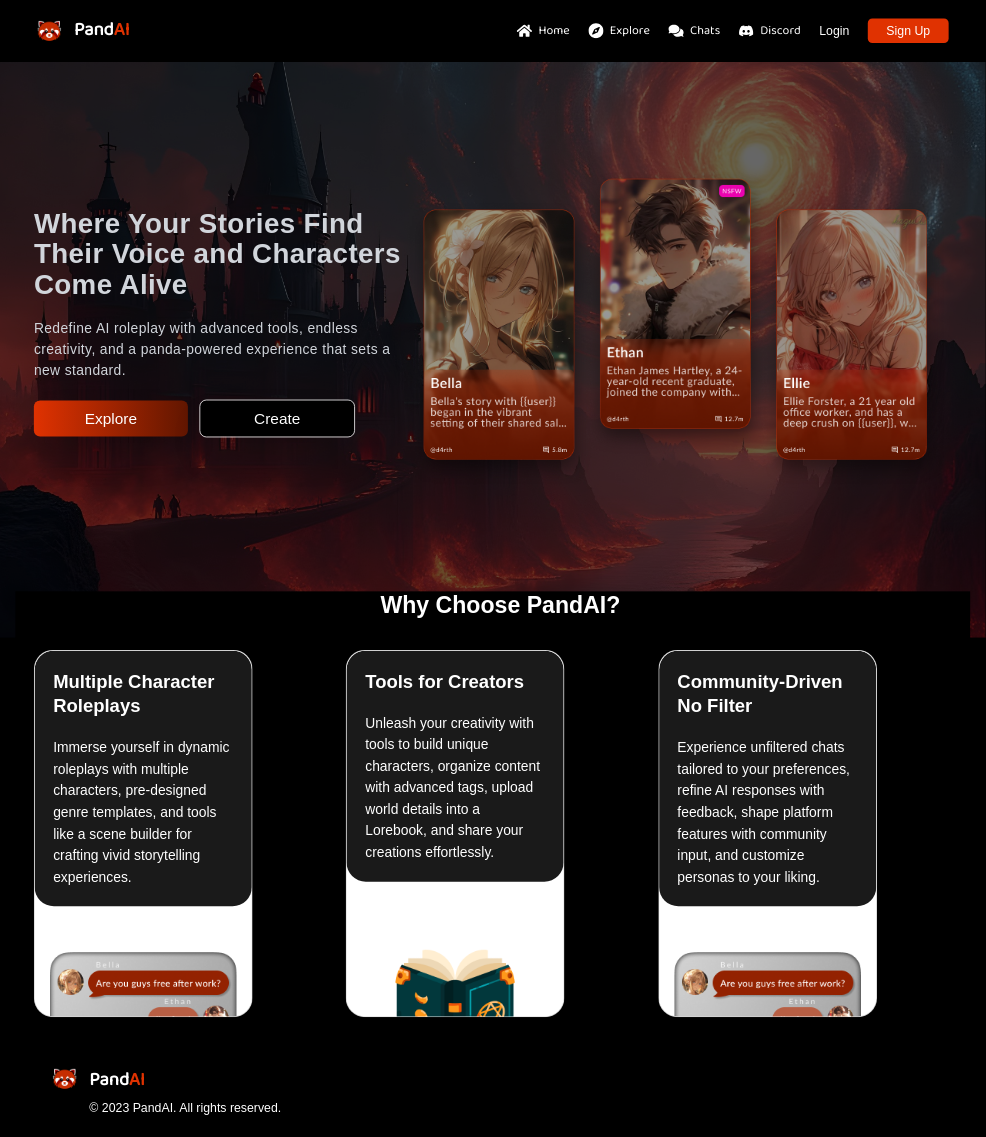
Repository: PandamoniumAI/Pandamonium
Page: /preview
These files come from the project's save history. The page is drawn as it stood at one moment and after a run of saves; the edit follows.
The browser window is 1280 px wide. The pictures show the whole page, at 77% of full size.
Some web libraries are served in a nearby version. The project was rebuilt for these pictures with package versions that can differ from the ones it lists, and the page was loaded fresh each time. Also part of the build but not shown: vite.config.js, src/Utils/Utils.js, src/Components/SearchBar/SearchBar.jsx, src/Components/CSS/CharacterCard.css, src/Components/CharacterCard/CharacterCard.jsx, src/Components/CSS/CharacterCardModal.css, src/Components/CharacterCardModal/CharacterCardModal.jsx, src/Components/CSS/Tags.css and 15 more.

Above is the page before, as saved 2025-01-01 21:26:25.

### index.html
<!doctype html>
<html lang="en">
  <head>
    <meta charset="UTF-8" />
    <link rel="icon" type="image/svg+xml" href="/src/assets/animal.png"/>
    <meta name="viewport" content="width=device-width, initial-scale=1.0" />
    <title>Pandamonium</title>
    <link
      href="https://cdn.jsdelivr.net/npm/bootstrap@5.3.0-alpha1/dist/css/bootstrap.min.css"
      rel="stylesheet"
    />
    <link
      href="https://cdn.jsdelivr.net/npm/bootstrap-icons/font/bootstrap-icons.css"
      rel="stylesheet"
    />
    <link
      href="https://cdnjs.cloudflare.com/ajax/libs/animate.css/4.1.1/animate.min.css"
      rel="stylesheet"
    />
  </head>

  <body>
    <div id="root"></div>
    <script src="https://kit.fontawesome.com/68b5244ee4.js" crossorigin="anonymous"></script>
    <script src="https://cdn.jsdelivr.net/npm/react/umd/react.production.min.js"></script>
    <script src="https://cdn.jsdelivr.net/npm/react-dom/umd/react-dom.production.min.js"></script>
    <script type="module" src="/src/main.jsx"></script>
    <script src="https://cdn.jsdelivr.net/npm/bootstrap@5.3.0-alpha1/dist/js/bootstrap.bundle.min.js"></script>
  </body>
</html>

### src/App.jsx
import HomePage from "./Components/HomePage/HomePage.jsx";
import Chat from "./Components/Chat/Chat.jsx";
import Create from "./Components/Create/Create.jsx";
import Error from "./Components/Error/Error.jsx";
import { BrowserRouter as Router, Routes, Route } from "react-router-dom";
import Preview from "../src/Preview/Preview.jsx";
function App() {
  return (
    <Router>
      <Routes>
        <Route path="/" element={<HomePage />} />
        <Route path="/chat/:characterId" element={<Chat />} />
        <Route path="/create" element={<Create />} />
        <Route path="*" element={<Error />} />
        <Route path="/preview" element={<Preview />} />
      </Routes>
    </Router>
  );
}

export default App;

### src/Preview/Preview.jsx
import React from "react";
import Animal from "../assets/animal.png";
import "./Preview.css";
import "tailwindcss/tailwind.css";
import {FaHome, FaCompass, FaComments, FaDiscord} from "react-icons/fa";
import image from "../assets/image.png";
import Chatcard from "../assets/Chat Card.png";
import Book from "../assets/Magical Book World Illustration 1.png";
import Roleplay from "../assets/Chat Card (1).png";

export default function Preview() {
  const handleCardHover = (event, element) => {
    const rect = element.getBoundingClientRect();
    const x = (event.clientX - rect.left) / rect.width - 0.5; // Normalize between -0.5 to 0.5
    const y = (event.clientY - rect.top) / rect.height - 0.5;

    element.style.transform = `rotateX(${y * 10}deg) rotateY(${x * 10}deg) scale(1.05)`;
  };

  return (
    <div className="main">
      <div className="fixed top-0 left-0 w-full bg-black bg-opacity-40 p-4 z-50">
        <div className="flex justify-between items-center w-full max-w-screen-xl mx-auto px-4">
          <div
            className="flex items-center space-x-4 cursor-pointer"
            onClick={() => window.scrollTo({top: 0, behavior: "smooth"})}
          >
            <img className="w-8 h-8" src={Animal} alt="Logo" />
            <h1 className="text-2xl font-bold font-baloo text-white">
              Pand<span className="text-[#E03201]">AI</span>
            </h1>
          </div>

          <div className="flex items-center space-x-6">
            <button className="flex items-center text-white font-baloo hover:text-[#E03201] transition">
              <FaHome className="mr-2 text-xl" />
              Home
            </button>
            <button className="flex items-center text-white font-baloo hover:text-[#E03201] transition">
              <FaCompass className="mr-2 text-xl" />
              Explore
            </button>
            <button className="flex items-center text-white font-baloo hover:text-[#E03201] transition">
              <FaComments className="mr-2 text-xl" />
              Chats
            </button>
            <button className="flex items-center text-white font-baloo hover:text-[#E03201] transition">
              <FaDiscord className="mr-2 text-xl" />
              Discord
            </button>
            <button className="text-white hover:text-[#E03201] transition">
              Login
            </button>
            <button className="bg-[#E03201] text-white px-4 py-1 rounded-md hover:bg-[#b02501] transition">
              Sign Up
            </button>
          </div>
        </div>
      </div>

      <div className="preview-container relative p-6">
        <div className="Preview-text mt-[50px] absolute top-[200px]">
          <p className="text-4xl text-gray-300 font-bold mb-6 tracking-[0.5px] w-[500px]">
            Where Your Stories Find Their Voice and Characters Come Alive
          </p>
          <p className="text-[18px] text-gray-300 leading-[27px] tracking-[0.5px] w-[500px] mb-8">
            Redefine AI roleplay with advanced tools, endless creativity, and a
            panda-powered experience that sets a new standard.
          </p>
        </div>

        <div className="Buttons absolute top-[500px] flex space-x-4 mb-8">
          <button className="text-white text-xl h-[47px] w-[200px] rounded-lg shadow-2xl bg-gradient-to-r from-[#E03201] to-[#611600] transform hover:scale-105 transition-all duration-300 ease-in-out hover:shadow-orange-500/50 hover:shadow-lg">
            <span className="relative z-10">Explore</span>
          </button>
          <button
            className="create bg-black text-white text-xl h-[47px] w-[200px] rounded-lg shadow-2xl outline outline-1 hover:outline-none transition-all duration-300 ease-in-out transform hover:scale-105 hover:shadow-[#B22801]/50 hover:shadow-lg relative overflow-hidden group"
            style={{
              outlineImage:
                "linear-gradient(to right, #FFCBBB, #D07A5A, #A8382D, #611600)",
              outlineImageSlice: 1,
            }}
          >
            <span className="relative z-10">Create</span>
            <span className="absolute inset-0 bg-yellow-500 transform scale-x-0 group-hover:scale-x-100 transition-transform duration-300 origin-left"></span>
          </button>
        </div>

        <div className="absolute right-[30px] top-[200px]">
          <img src={image} alt="" />
        </div>
      </div>

      <div className="info px-6 relative bg-black" style={{ top: "700px" }}>
        <div className="infotext mb-8 text-white">
          <h1 className="text-3xl font-bold text-white ml-[450px]">
            Why Choose PandAI?
          </h1>

          <div className="cards grid grid-cols-1 md:grid-cols-3 gap-6 mt-10">
            {[
              "Multiple Character Roleplays",
              "Tools for Creators",
              "Community-Driven No Filter",
            ].map((title, index) => (
              <div
                key={index}
                className="card relative flex flex-col justify-between w-[284px] h-[477px] rounded-[25px] overflow-hidden"
                onMouseMove={(e) => handleCardHover(e, e.currentTarget)}
              >
                <div
                  className="absolute inset-0 -z-10 rounded-[25px]"
                  style={{
                    background:
                      "linear-gradient(135deg, #BF18C2, #6B1C8F, #1D0375)",
                    position: "absolute",
                    top: 0,
                    left: 0,
                    right: 0,
                    bottom: 0,
                    borderRadius: "25px",
                    padding: "2px",
                  }}
                />
                <div className="content p-6 bg-[#1A1A1A] flex flex-col justify-between h-full rounded-[25px]">
                  <h2 className="text-2xl font-semibold mb-4 text-white">
                    {title}
                  </h2>
                  <p className="text-lg text-white">
                    {index === 0
                      ? "Immerse yourself in dynamic roleplays with multiple characters, pre-designed genre templates, and tools like a scene builder for crafting vivid storytelling experiences."
                      : index === 1
                        ? "Unleash your creativity with tools to build unique characters, organize content with advanced tags, upload world details into a Lorebook, and share your creations effortlessly."
                        : "Experience unfiltered chats tailored to your preferences, refine AI responses with feedback, shape platform features with community input, and customize personas to your liking."}
                  </p>
                </div>
                <div className="image-container mt-4">
                  {index === 0 ? (
                    <img
                      src={Chatcard}
                      alt="Roleplay"
                      className="w-full rounded-[25px]"
                    />
                  ) : index === 1 ? (
                    <img
                      src={Book}
                      alt="Creator Tools"
                      className="w-full rounded-[25px]"
                    />
                  ) : (
                    <img
                      src={Roleplay}
                      alt="Community"
                      className="w-full rounded-[25px]"
                    />
                  )}
                </div>
              </div>
            ))}
          </div>

          <div className="Footer bg-black py-6 flex items-center pl-6 mt-10">
            <img className="w-8 h-8 mr-4 mb-[35px]"  src={Animal} alt="Logo" />
            <div className="flex flex-col">
              <h1 className="text-2xl font-bold font-baloo text-white">
                Pand<span className="text-[#E03201]">AI</span>
              </h1>
              <p className="text-white mt-2">
                © 2023 PandAI. All rights reserved.
              </p>

            </div>
            <div className="Quicklinks">

            </div>
          </div>
        </div>
      </div>
    </div>
  );
}

### src/Components/Chat/ExtraCss.css
/* ExtraCss.css */

/* General Styles */
body {
    margin: 0;
    padding: 0;
    font-family: Arial, sans-serif;
    background-color: #121212;
    color: #ffffff;
  }

  /* Chat Container */
  .d-flex {
    display: flex;
  }

  .flex-column {
    flex-direction: column;
  }

  .h-100 {
    height: 100%;
  }

  .bg-dark {
    background-color: #181818;
  }

  .text-white {
    color: #ffffff;
  }

  .border-secondary {
    border-color: #444;
  }

  .border-top {
    border-top: 1px solid;
  }

  .border-bottom {
    border-bottom: 1px solid;
  }

  .overflow-hidden {
    overflow: hidden;
  }

  .overflow-auto {
    overflow: auto;
  }

  /* Chat Header */
  .p-3 {
    padding: 1rem;
  }

  .align-items-center {
    align-items: center;
  }

  .space-x-4 > * + * {
    margin-left: 1rem;
  }

  /* Avatar */
  img.rounded-circle {
    border-radius: 50%;
    cursor: pointer;
  }

  /* Message Bubbles */
  .bg-secondary {
    background-color: #2a2a2a;
  }

  .p-3 {
    padding: 1rem;
  }

  .rounded-lg {
    border-radius: 1rem;
  }

  .shadow-lg {
    box-shadow: 0px 4px 10px rgba(0, 0, 0, 0.2);
  }

  .text-muted {
    color: #aaaaaa;
  }

  /* Input Field */
  input {
    outline: none;
  }

  input::placeholder {
    color: #aaaaaa;
  }

  .border-0 {
    border: none;
  }

  .flex-grow-1 {
    flex-grow: 1;
  }

  .shadow-lg {
    box-shadow: 0px 4px 10px rgba(0, 0, 0, 0.2);
  }

  /* Buttons */
  button {
    cursor: pointer;
  }

  button:disabled {
    opacity: 0.6;
    cursor: not-allowed;
  }

  .btn {
    display: inline-flex;
    justify-content: center;
    align-items: center;
    padding: 0.5rem;
    border: none;
    border-radius: 0.5rem;
    transition: background-color 0.3s ease, transform 0.2s ease;
  }

  .btn:hover:not(:disabled) {
    background-color: #555;
    transform: translateY(-2px);
  }

  .btn-light {
    background-color: #444;
    color: #fff;
  }

  .btn-primary {
    background-color: #007bff;
    color: #fff;
  }

  .btn-primary:hover:not(:disabled) {
    background-color: #0056b3;
  }

  /* Typing Animation */
  .animate-pulse {
    animation: pulse 1.5s infinite;
  }

  @keyframes pulse {
    0%, 100% {
      opacity: 1;
    }
    50% {
      opacity: 0.5;
    }
  }

  /* Smooth Fade-In */
  @keyframes fadeIn {
    from {
      opacity: 0;
      transform: translateY(10px);
    }
    to {
      opacity: 1;
      transform: translateY(0);
    }
  }

  /* Scrollbar Styles */
  .overflow-auto::-webkit-scrollbar {
    width: 6px;
  }

  .overflow-auto::-webkit-scrollbar-thumb {
    background-color: #444;
    border-radius: 10px;
  }

  .overflow-auto::-webkit-scrollbar-track {
    background-color: transparent;
  }

  .ReactModal__Overlay {
    opacity: 0;
    transition: opacity 0.3s ease-in-out;
  }
  .ReactModal__Overlay--after-open {
    opacity: 1;
  }
  .ReactModal__Overlay--before-close {
    opacity: 0;
  }

### src/Components/CSS/Create.css
body {
    background-color: #121212;
    color: #fff;
    min-height: 100vh;
    padding: 20px;
    font-family: 'Arial', sans-serif;
}
.creation-form {
    max-width: 800px;
    margin: 0 auto;
    background-color: rgba(0, 0, 0, 0.8);
    padding: 30px;
    border-radius: 15px;
    border: 1px solid #444;
    transition: all 0.3s ease;
}
.creation-form:hover {
    transform: scale(1.03);
    box-shadow: 0 10px 30px rgba(0, 0, 0, 0.5);
}
.form-control {
    background-color: #333;
    border: 1px solid #555;
    color: #fff;
    margin-bottom: 20px;
    transition: all 0.3s ease;
}
.form-control:focus {
    background-color: #444;
    border-color: #007bff;
    color: #fff;
}
.form-label {
    font-weight: bold;
}
.btn {
    background-color: #007bff;
    color: #fff;
    transition: all 0.3s ease;
}
.btn:hover {
    background-color: #0056b3;
}
.select2-container {
    width: 100%;
}
.custom-tag-field {
    margin-top: 20px;
}
.custom-tag-field input {
    width: calc(100% - 60px);
    display: inline-block;
    margin-right: 10px;
}
.custom-tag-field button {
    display: inline-block;
    background-color: #28a745;
    color: white;
    padding: 6px 12px;
    border: none;
    cursor: pointer;
}
.custom-tag-field button:hover {
    background-color: #218838;
}

@keyframes float {
    0% { transform: translateY(0px); }
    50% { transform: translateY(-10px); }
    100% { transform: translateY(0px); }
}

.tags-modal {
    display: none;
    position: fixed;
    top: 0;
    left: 0;
    width: 100%;
    height: 100%;
    background: rgba(0,0,0,0.7);
    z-index: 1000;
    animation: fadeIn 0.3s;
}

.tags-modal-content {
    position: absolute;
    top: 50%;
    left: 50%;
    transform: translate(-50%, -50%);
    background: #121212;
    color: white;
    padding: 2rem;
    border-radius: 15px;
    width: 90%;
    max-width: 500px;
    animation: slideIn 0.3s;
    box-shadow: 0 5px 15px rgba(0,0,0,0.3);
}

.tags-modal-header {
    display: flex;
    justify-content: space-between;
    align-items: center;
    margin-bottom: 1.5rem;
    border-bottom: 1px solid #333;
    padding-bottom: 1rem;
}

.btn-close {
    background-color: white;
}

.tag-pills {
    display: flex;
    flex-wrap: wrap;
    gap: 0.5rem;
}

.tag-pill {
    padding: 0.5rem 1rem;
    background: #2d2d2d;
    color: white;
    border-radius: 20px;
    cursor: pointer;
    transition: all 0.2s;
    border: 1px solid #444;
}

.tag-pill:hover {
    background: #3d3d3d;
    transform: translateY(-1px);
}

.tag-pill.selected {
    background: #007bff;
    color: white;
    border-color: #0056b3;
}

.selected-tags {
    background: #1a1a1a;
    padding: 1rem;
    border-radius: 10px;
}

.form-control {
    background: #2d2d2d;
    border: 1px solid #444;
    color: white;
}

.form-control:focus {
    background: #2d2d2d;
    color: white;
    border-color: #007bff;
    box-shadow: 0 0 0 0.2rem rgba(0,123,255,0.25);
}

.form-control::placeholder {
    color: #888;
}

@keyframes fadeIn {
    from { opacity: 0; }
    to { opacity: 1; }
}

@keyframes slideIn {
    from { transform: translate(-50%, -60%); opacity: 0; }
    to { transform: translate(-50%, -50%); opacity: 1; }
}

### src/Preview/Preview.css
@tailwind base;
@tailwind components;
@tailwind utilities;

@font-face {
    font-family: 'BalooDa2';
    src: url('../assets/Fonts/BalooDa2-Regular.ttf') format('truetype');
    font-weight: 400;
    font-style: normal;
}

body {
    position: relative;
    background-color: #000;
    min-height: 100vh;
    margin: 0;
    display: flex;
    flex-direction: column;
}

body::before {
    content: '';
    position: absolute;
    top: 0;
    left: 0;
    right: 0;
    bottom: 0;
    background-image: url('../../src/assets/Castle.jpg');
    background-size: cover;
    background-position: center;
    opacity: 0.4;
    z-index: -1;
}

### src/Components/Chat/Sidebar/styles.css
.floating-btn {
  position: absolute;
  top: 50%;
  left: 20px;
  cursor: pointer;
  z-index: 999;
  width: 64px;
  height: 64px;
  background-color: transparent;
  border: none;
  border-radius: 50%;
  transition: left 0.6s ease, transform 0.3s ease;
  box-shadow: none; /* Removed shadow */
}

.floating-btn.open {
  left: calc(240px + 20px);
}

.floating-btn.closed {
  left: 20px;
}

.sidebar {
  position: fixed;
  top: 0;
  left: 0;
  height: 100vh;
  background-color: #333;
  transition: width 0.5s ease-in-out;
  overflow: hidden;
  border-radius: 0 20px 20px 0;
}

.sidebar.open {
  width: 240px;
}

.sidebar.closed {
  width: 0;
}

.panda-image {
  transition: transform 0.5s ease, transform-origin 0.5s ease;
}

.panda-image:hover {
  transform: rotate(360deg); /* Full 360° rotation on hover */
  transform-origin: center;
}

.floating-btn:hover img {
  transform: rotate(360deg); /* Rotate the image smoothly when hovering over it */
  transition: transform 0.6s ease-in-out;
}

/* Reverse rotation when mouse leaves */
.floating-btn img {
  transition: transform 0.6s ease-out;
}

.floating-btn img:hover {
  animation: pandaRotate 0.6s forwards;
}

@keyframes pandaRotate {
  0% {
      transform: rotate(0deg);
  }
  100% {
      transform: rotate(360deg);
  }
}

.floating-btn img:not(:hover) {
  animation: reversePandaRotate 0.6s forwards;
}

@keyframes reversePandaRotate {
  0% {
      transform: rotate(360deg);
  }
  100% {
      transform: rotate(0deg);
  }
}

#pandaBtn {
  transition: transform 0.6s ease-in-out;
}

@media (max-width: 768px) {
  .sidebar {
      display: none;
  }

  .floating-btn {
      left: 20px;
  }
}

Loaded but not shown: src/main.jsx (common file); tailwind.config.js (14 lines, source omitted); src/Components/CSS/HomePage.css (319 lines, source omitted)

After the next 3 saves:
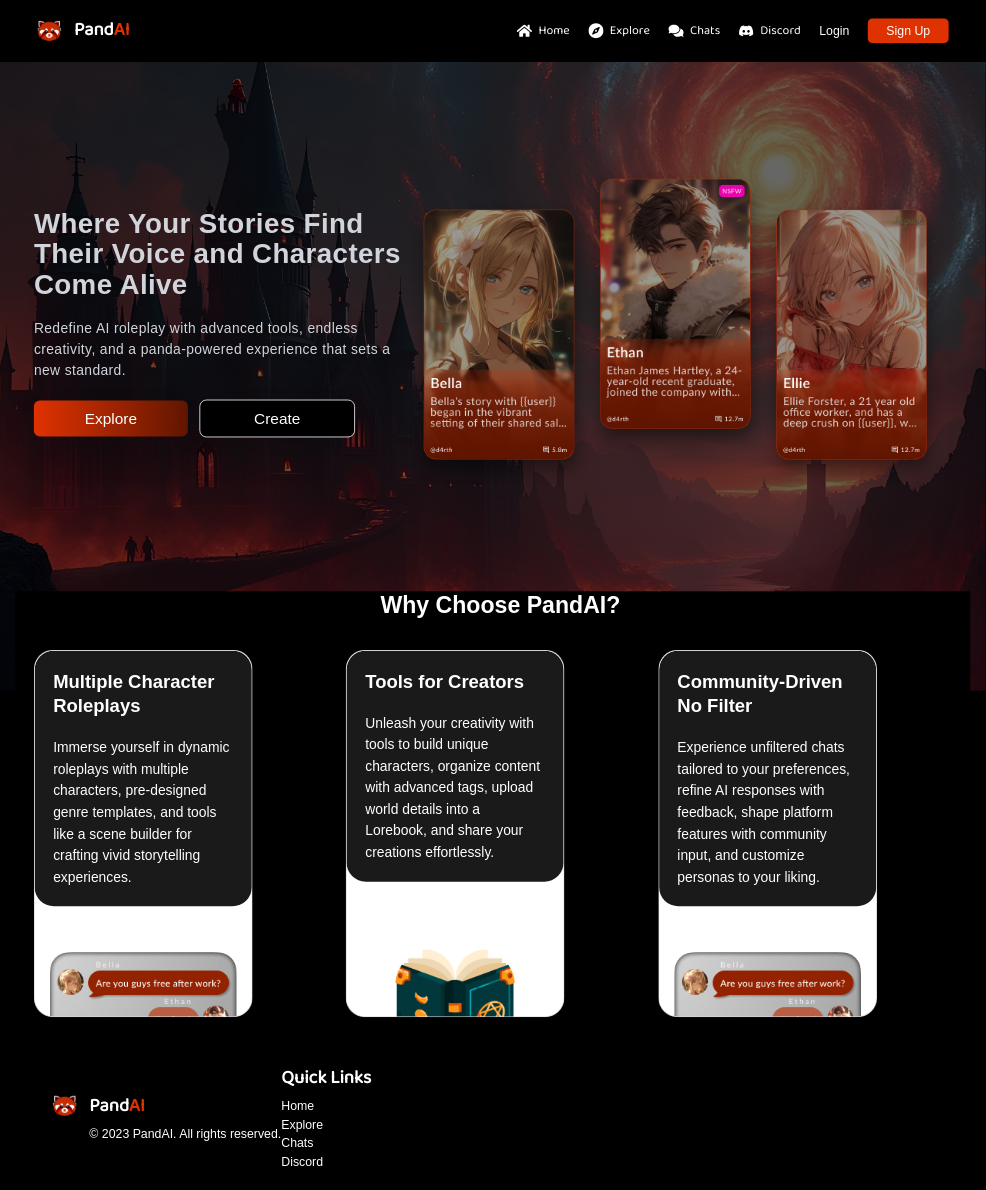
The 3 saves are shown as one change because they came seconds apart.
The last was saved 6 s later.
--- a/src/Preview/Preview.jsx
+++ b/src/Preview/Preview.jsx
@@ -171,7 +171,23 @@
 
             </div>
             <div className="Quicklinks">
-
+              <h1 className="text-2xl font-bold font-baloo text-white">
+                Quick Links
+              </h1>
+              <ul className="list-none pl-0 mt-2">
+                <li className="text-white hover:text-[#E03201] transition">
+                  <a href="#">Home</a>
+                </li>
+                <li className="text-white hover:text-[#E03201] transition">
+                  <a href="#">Explore</a>
+                </li>
+                <li className="text-white hover:text-[#E03201] transition">
+                  <a href="#">Chats</a>
+                </li>
+                <li className="text-white hover:text-[#E03201] transition">
+                  <a href="#">Discord</a>
+                </li>
+              </ul>
             </div>
           </div>
         </div>
